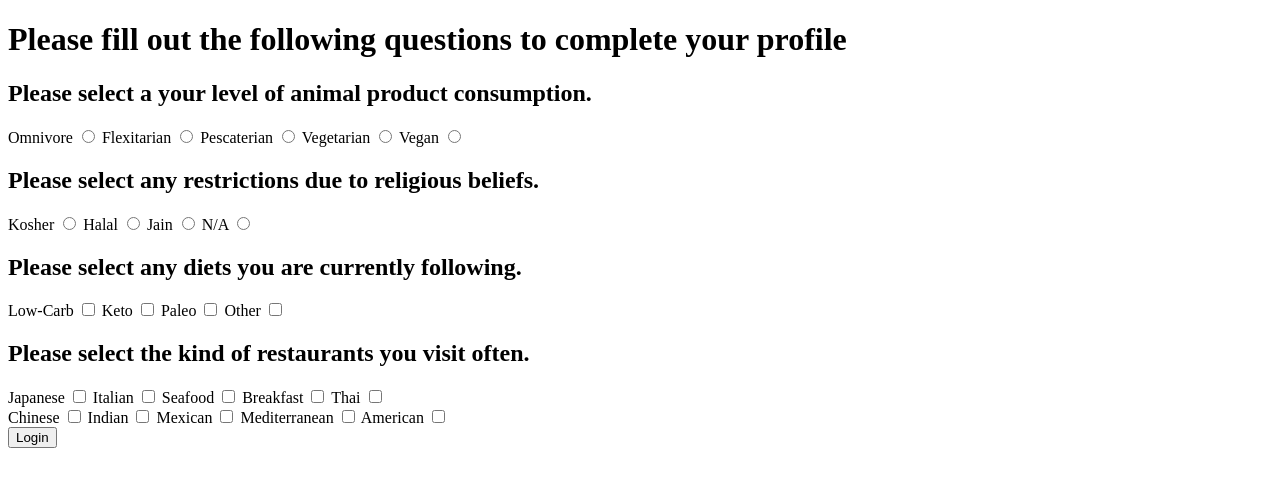
Repository: DataLuminescence/Documents
Page: http://localhost/choix/WEB-INF/userinfo.jsp
An editor plug-in stored every save of this project. The page is shown before and after the next save, followed by the edit.
The browser window is 1280 px wide. The pictures show the whole page.
The page is served by Tomcat 9. Nobody is signed in. The template is opened directly, without the code that normally fills it, so the values that code supplies are empty.

Above is the page before, as saved 2022-04-29 23:09:28.

After the next save:
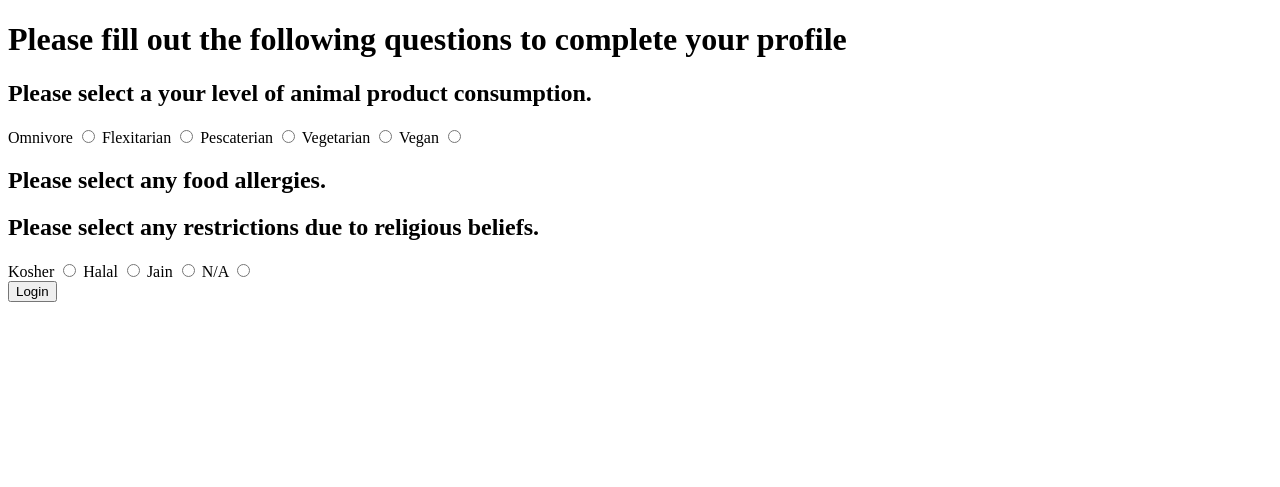
Saved 83 s later.
--- a/Java/Java Spring/choix/src/main/webapp/WEB-INF/userinfo.jsp
+++ b/Java/Java Spring/choix/src/main/webapp/WEB-INF/userinfo.jsp
@@ -29,10 +29,10 @@
 			<form:radiobutton path="animal" value="Vegan"/>
 		</div>
 
-<%-- 		<h2>Please select any food allergies.</h2>
+		<h2>Please select any food allergies.</h2>
 		<div>
 			<form:checkboxes items = "${allergiesList}" path="allergies"/>
-		</div> --%>
+		</div>
 		<%--
 		<div>
 			<form:label path="allergies">Shellfish</form:label>
@@ -79,7 +79,7 @@
 			<form:radiobutton path="religious" value="Other"/>
 		</div>
 
-		<h2>Please select any diets you are currently following.</h2>
+<%-- 		<h2>Please select any diets you are currently following.</h2>
 		<div>
 			<form:label path="lifestyle">Low-Carb</form:label>
 			<form:checkbox path="lifestyle" value="Low-Carb"/>
@@ -92,9 +92,9 @@
 
 			<form:label path="lifestyle">Other</form:label>
 			<form:checkbox path="lifestyle" value="Gluten"/>
-		</div>
+		</div> --%>
 
-		<h2>Please select the kind of restaurants you visit often. </h2>
+<%-- 		<h2>Please select the kind of restaurants you visit often. </h2>
 		<div>
 			<form:label path="cuisine">Japanese</form:label>
 			<form:checkbox path="cuisine" value="Japanese"/>
@@ -126,7 +126,7 @@
 
 			<form:label path="cuisine">American</form:label>
 			<form:checkbox path="cuisine" value="American"/>
-		</div>
+		</div> --%>
 
 		<input type="submit" value="Login" />
 	</form:form>
